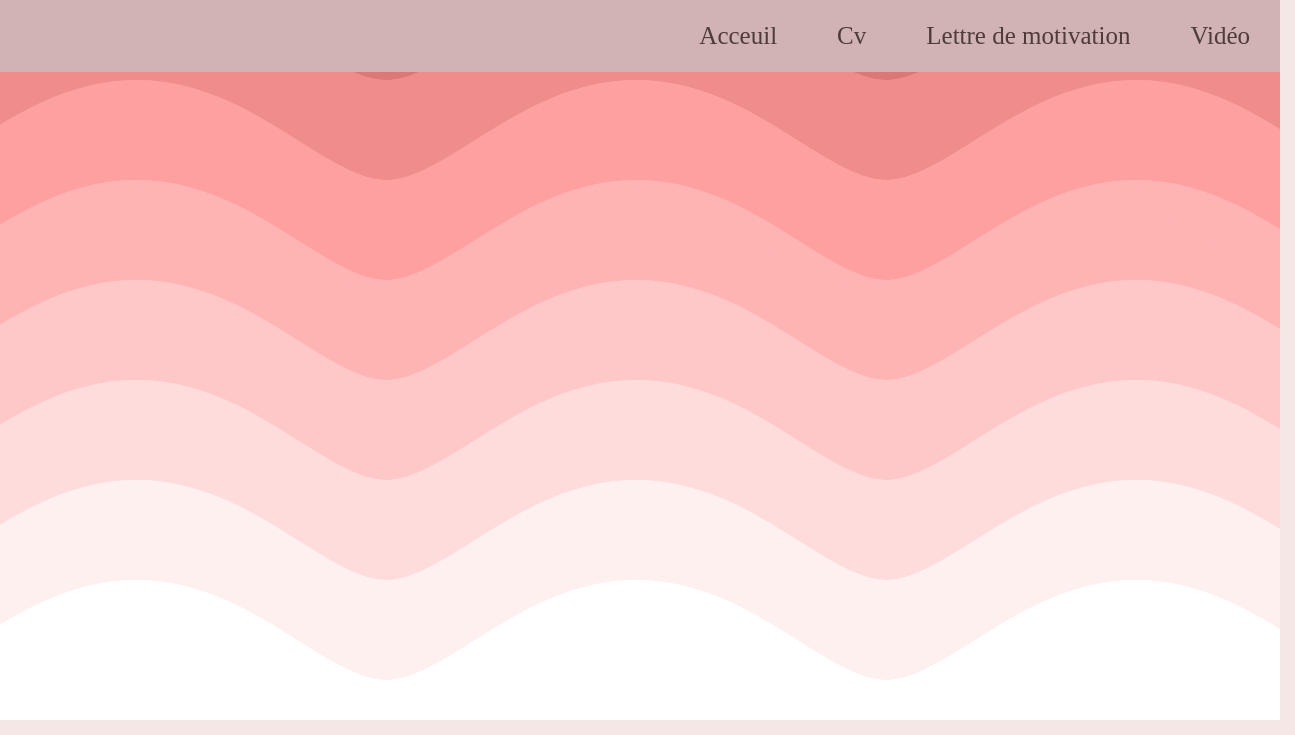
Repository: Iban-del/ProjetBacIban
Page: index.html
The author's editor kept a copy of each file at every save. The page is drawn from the files as they stood at one save, then again after the next save.
The browser window is 1280 px wide. The page is 1295 px wide, so the pictures cover 1295 px, including what lies to the right of the window. The pictures show the whole page.
The page's requests for data from a server got no answer.

Above is the page before, as saved 2025-02-25 18:36:46.

After the next save:
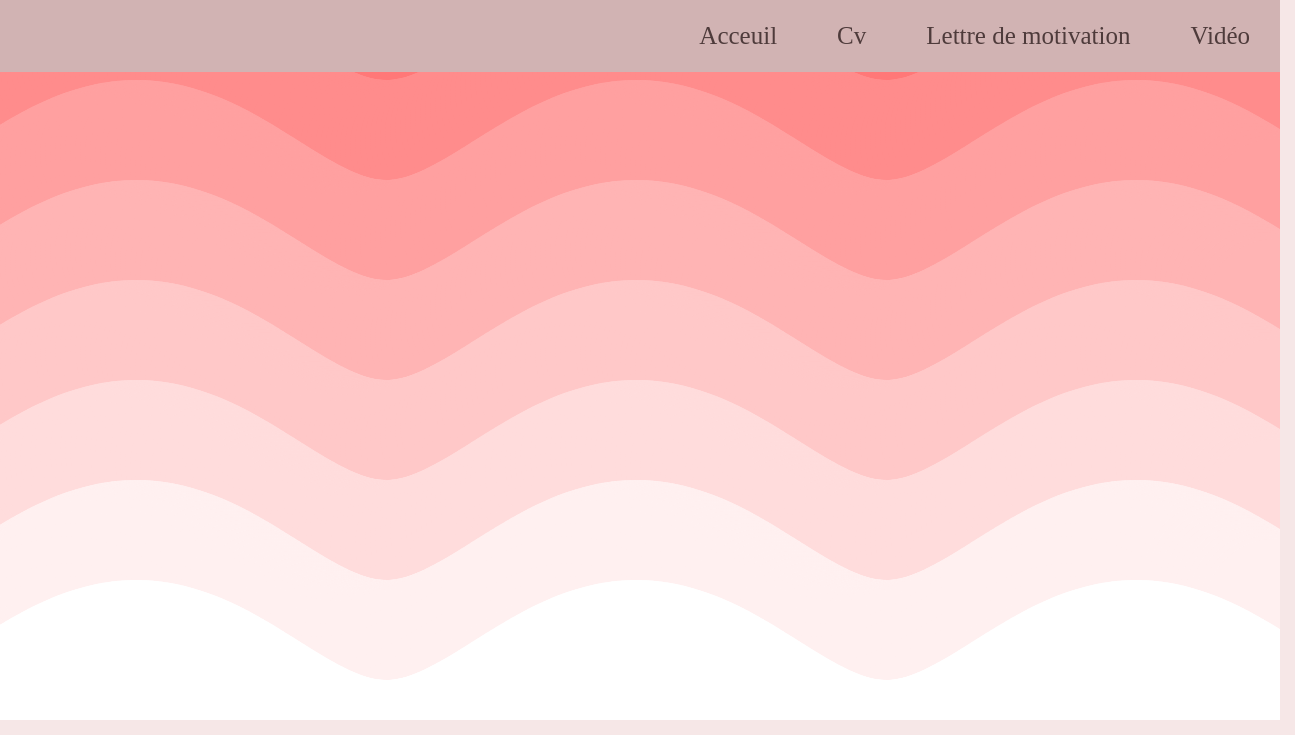
Saved 9 s later.
--- a/js/background.js
+++ b/js/background.js
@@ -75,7 +75,7 @@ function drawVague(ctx,canvas){
                 ctx.beginPath();
                 ctx.moveTo(x,y)
                 const addColor = 80
-                let globalColor= `rgb(${color+addColor+99},${color+addColor},${color+addColor})`
+                let globalColor= `rgb(${color+addColor+255},${color+addColor},${color+addColor})`
                 ctx.fillStyle=globalColor;
                 ctx.arc(x,y,70,0,Math.PI*2,true)
                 ctx.fill();
